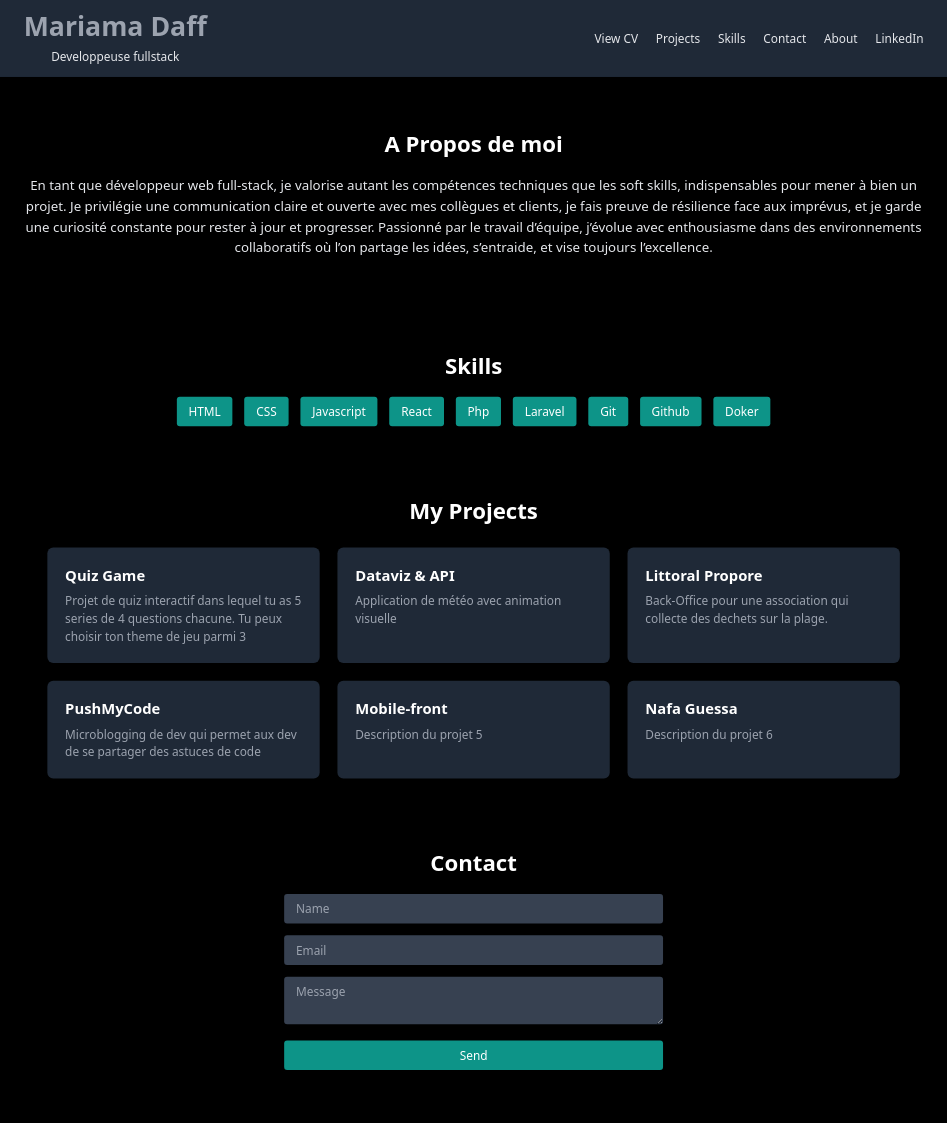
Repository: mariamdaff/Projets_Perso
Page: / (app in mon_portfolio/)
These files come from the project's save history. The page is drawn as it stood at one moment and after the next save; the edit follows.
The browser window is 1280 px wide. The pictures show the whole page, at 74% of full size.
The project was rebuilt for these pictures with package versions that can differ from the ones it lists, and the page was loaded fresh each time. Also part of the build but not shown: mon_portfolio/vite.config.js.

Above is the page before, as saved 2025-04-20 17:02:26.

After the next save:
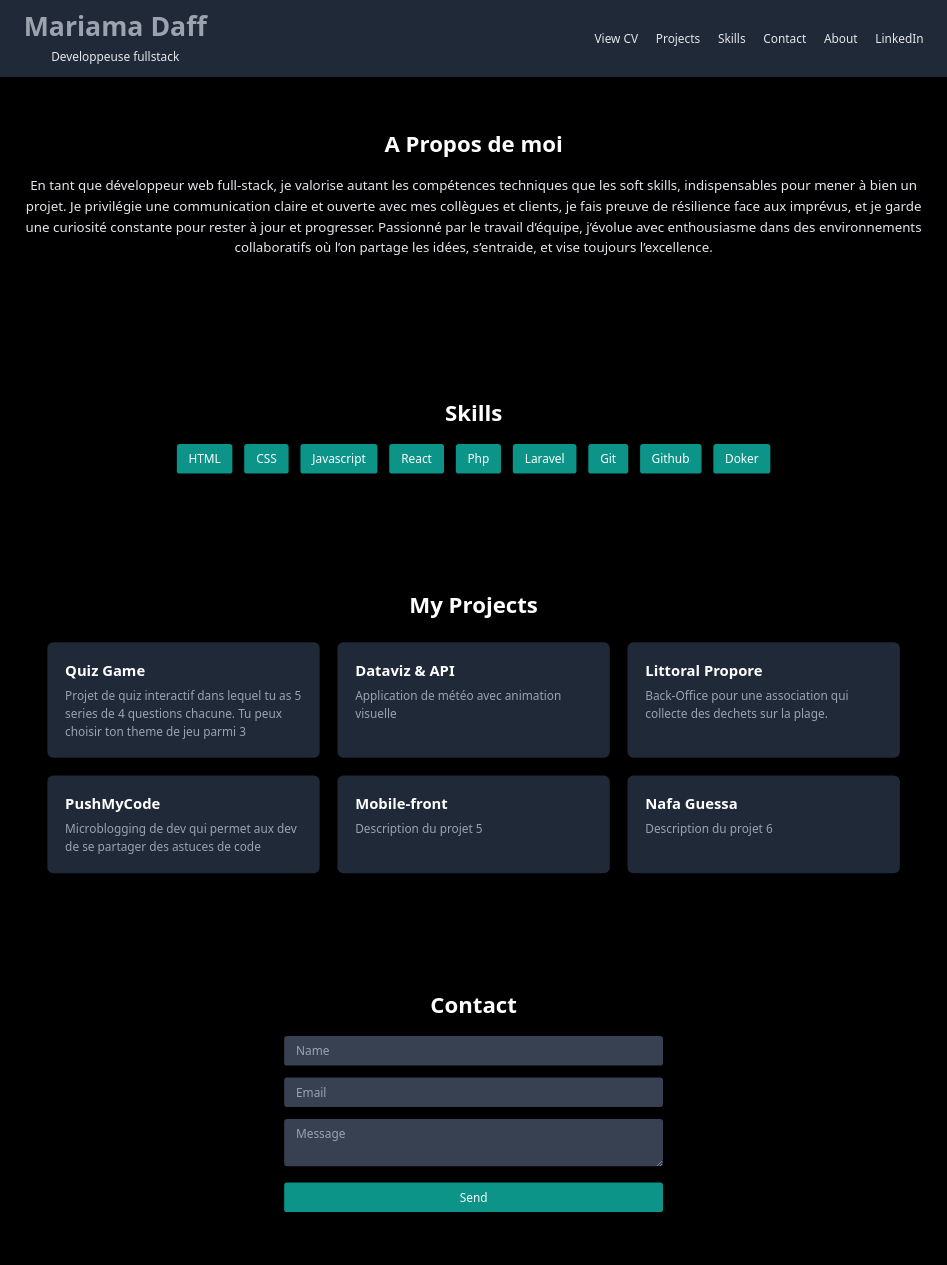
Saved 7 min 38 s later.
--- a/mon_portfolio/src/Layout.jsx
+++ b/mon_portfolio/src/Layout.jsx
@@ -4,26 +4,25 @@
 import Contact from './components/contact/Contact';
 import APropos from './components/A_Propos/APropos';
 import Skills from './components/skills/Skills';
-// import Projets from './components/Projets'
-import { Outlet } from 'react-router-dom';
+import { Element } from 'react-scroll';
 
 const Layout = () => {
   return (
     <div className="bg-black min-h-screen text-white scroll-smooth">
       <NavbarElement />
-      <main className="p-6">
-        <section id="a-propos">
+      <main className="p-6 space-y-16">
+        <Element name="a-propos">
           <APropos />
-        </section>
-        <section id="skills">
+        </Element>
+        <Element name="skills">
           <Skills />
-        </section>
-        <section id="projets">
+        </Element>
+        <Element name="projets">
           <Projets />
-        </section>
-        <section id="contact">
+        </Element>
+        <Element name="contact">
           <Contact />
-        </section>
+        </Element>
       </main>
     </div>
   );
